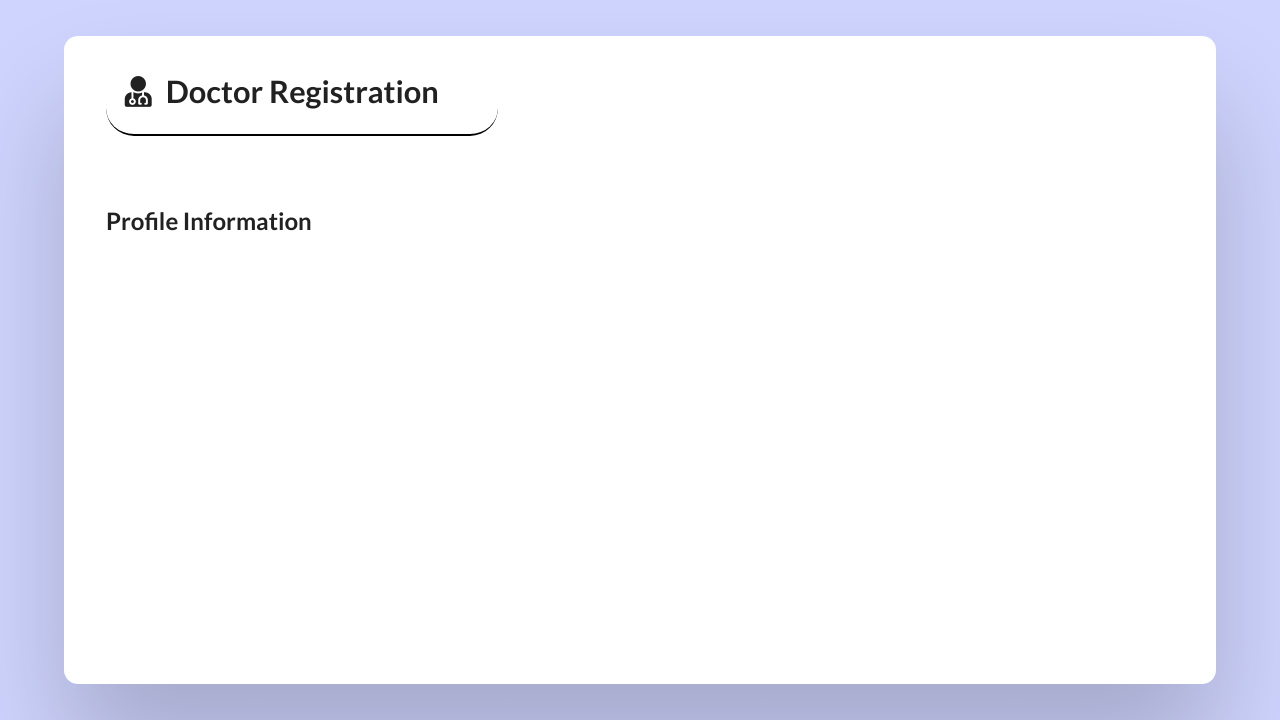
Repository: ajayaj2001/healthcare-digitization
Page: /doctorRegister
An editor plug-in stored every save of this project. The page is shown before and after the next save, followed by the edit.
The browser window is 1280 px wide. The pictures show the whole page.
The project was rebuilt for these pictures with package versions that can differ from the ones it lists, and the page was loaded fresh each time. Also part of the build but not shown: src/component/userType/UserType.scss, src/component/userType/UserType.js, src/component/login/Login.scss, src/component/login/loginForm/LoginForm.scss, src/component/login/loginForm/LoginForm.js, src/component/login/Login.js, src/component/register/Register.scss, src/component/register/registerForm/RegisterForm.scss and 2 more.

Above is the page before, as saved 2021-03-13 11:30:31.

### public/index.html
<!DOCTYPE html>
<html lang="en">

<head>
  <meta charset="utf-8" />
  <meta name="viewport" content="width=device-width, initial-scale=1" />
  <meta name="theme-color" content="#000000" />
  <meta name="description" content="Web site created using create-react-app" />
  <link rel="stylesheet" href="https://fonts.googleapis.com/css?family=Roboto:300,400,500,700&display=swap" />
  <link rel="stylesheet" href="https://fonts.googleapis.com/icon?family=Material+Icons" />

  <!--
      manifest.json provides metadata used when your web app is installed on a
      user's mobile device or desktop. See https://developers.google.com/web/fundamentals/web-app-manifest/
    -->
  <!-- <link rel="manifest" href="%PUBLIC_URL%/manifest.json" /> -->
  <!--
      Notice the use of %PUBLIC_URL% in the tags above.
      It will be replaced with the URL of the `public` folder during the build.
      Only files inside the `public` folder can be referenced from the HTML.

      Unlike "/favicon.ico" or "favicon.ico", "%PUBLIC_URL%/favicon.ico" will
      work correctly both with client-side routing and a non-root public URL.
      Learn how to configure a non-root public URL by running `npm run build`.
    -->
  <title>medical</title>
</head>

<body>
  <noscript>You need to enable JavaScript to run this app.</noscript>
  <div id="root"></div>
  <!--
      This HTML file is a template.
      If you open it directly in the browser, you will see an empty page.

      You can add webfonts, meta tags, or analytics to this file.
      The build step will place the bundled scripts into the <body> tag.

      To begin the development, run `npm start` or `yarn start`.
      To create a production bundle, use `npm run build` or `yarn build`.
    -->
</body>

</html>

### src/index.js
import React from 'react';
import ReactDOM from 'react-dom';
import './index.scss';
import App from './component/app/App';
import 'semantic-ui-css/semantic.min.css'


ReactDOM.render(
  // <React.StrictMode>
    <App />
  // </React.StrictMode>
  ,
  document.getElementById('root')
);

### src/index.scss
code {
  font-family: source-code-pro, Menlo, Monaco, Consolas, "Courier New", monospace;
}
@mixin respond($breakpoint) {
  @if $breakpoint == phone {
    @media (max-width: 37.5em) {
      @content;
    }
  }

  @if $breakpoint == tab-land {
    @media (max-width: 75em) {
      @content;
    }
  }
  @if $breakpoint == tab-port {
    @media (max-width: 56.25em) {
      @content;
    }
  }
  @if $breakpoint == big-desktop {
    @media (min-width: 112.5em) {
      @content;
    }
  }
}

*,
*::after,
*::before {
  margin: 0;
  padding: 0;
  box-sizing: inherit;
}
body {
  font-family: "Lato", sans-serif;
  font-weight: 400;
  font-size: 16px;
  line-height: 1.7;
  color: #777;
  //padding: 30px;
  box-sizing: border-box;
  @include respond(tab-port) {
    padding: 0;
  }
}

html {
  font-size: 62.5%; //1rem=10px 10px/16px=62.5%
  @include respond(tab-land) {
    //width <1200
    font-size: 56.25%; //1rem=9px
  }
  @include respond(tab-port) {
    //<width <900
    font-size: 50%; //1rem=8px
  }
  // @include respond(phone) {
  //     //<width<600
  //     font-size: 40%; //1rem=4.8px
  // }
  @include respond(big-desktop) {
    //>1200
    font-size: 75%; //1rem=12
  }
}

### src/component/app/App.js
import './App.scss';

import UserType from "../userType/UserType";
import Login from '../login/Login';
import Register from '../register/Register';
import { BrowserRouter as Router,Route,Switch } from 'react-router-dom';
import DoctorRegister from '../doctorRegister/DoctorRegister';

function App() {
  return (
    <Router>
       <Switch>
          <Route path="/login">
           <Login/>
          </Route>
          <Route path="/register">
           <Register/>
          </Route>
          <Route path="/doctorRegister">
            <DoctorRegister/>
          </Route>
          <Route path="/">
            <UserType/>
          </Route>

        </Switch>
    {/* <div className="App">
    </div> */}
    </Router>
  );
}

export default App;

### src/component/doctorRegister/DoctorRegister.js
import React from 'react'
import './DoctorRegister.scss'
import DoctorRegisterForm from './doctorRegisterForm/DoctorRegisterForm'
import {  Icon } from 'semantic-ui-react'

const DoctorRegister = () => {
    return (
        <div className="doctorRegister__container">
            <div className="doctorRegister__main">
                <h1 className="doctorRegister__heading"><Icon name="user doctor"/> Doctor Registration</h1>
                <DoctorRegisterForm/>
            </div>
        </div>
    )
}

export default DoctorRegister

### src/component/doctorRegister/DoctorRegister.scss
.doctorRegister{
    &__container{
        margin: 0;
        background-color: #cfd4fe;
        height: 100vh;
        display: flex;
        justify-content: center;
        align-items: center;
    }
    &__main{
        background-color: white;
        width: 90%;
        height: 90%;
        border-radius: 1rem;
        align-items: center;
        overflow: hidden;
        box-shadow: 0 5rem 8rem rgba(black, 0.2);
        padding: 1rem 0rem 0rem 3rem;
    }
   &__heading{
       font-size: 2.2rem;
       margin: 0rem 0rem 5rem 0rem;
       padding-left: 1rem;
       line-height: 6rem;
       border-bottom: .2rem solid black;
       width: 28rem;
       border-radius: 2rem;

   }
}

### src/component/doctorRegister/doctorRegisterForm/DoctorRegisterForm.js
import React from 'react'
import './DoctorRegisterForm.scss'
const DoctorRegisterForm = () => {
    return (
        <div className="doctorRegisterForm">
            <div className="doctorRegisterForm__heading"><h2>Profile Information</h2></div>
        </div>
    )
}

export default DoctorRegisterForm

### src/component/doctorRegister/doctorRegisterForm/DoctorRegisterForm.scss
.doctorRegisterForm{
    &__heading{
        font-size: 1.8rem;
    }
}

Loaded but not shown: src/component/app/App.scss (no stored copy; drawn as an empty file)

After the next save:
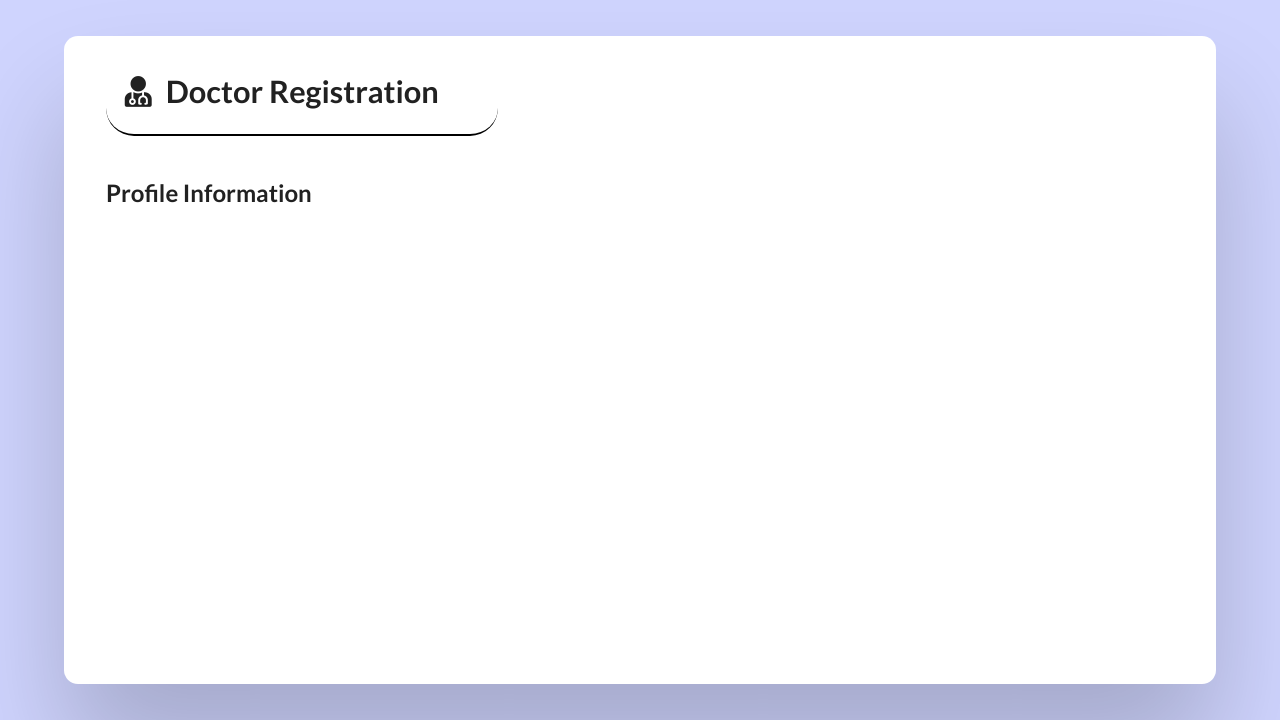
Saved 16 s later.
--- a/src/component/doctorRegister/DoctorRegister.scss
+++ b/src/component/doctorRegister/DoctorRegister.scss
@@ -19,7 +19,7 @@
     }
    &__heading{
        font-size: 2.2rem;
-       margin: 0rem 0rem 5rem 0rem;
+       margin: 0rem 0rem 3rem 0rem;
        padding-left: 1rem;
        line-height: 6rem;
        border-bottom: .2rem solid black;
